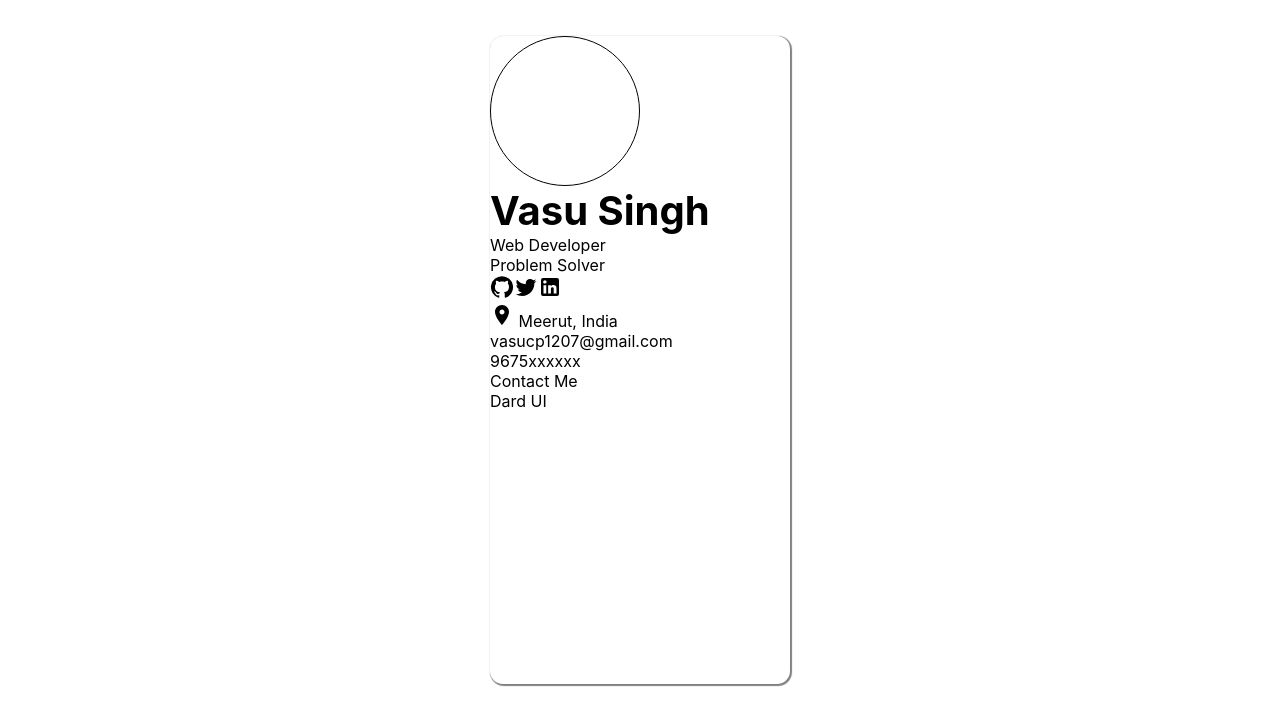
Repository: vasucp1207/grid-port
Page: /about
The author's editor kept a copy of each file at every save. The page is drawn from the files as they stood at one save, then again after a run of saves.
The browser window is 1280 px wide. The pictures show the whole page.
Some web fonts or font styles are not loaded; a fallback is used. The project was rebuilt for these pictures with package versions that can differ from the ones it lists, and the page was loaded fresh each time. Also part of the build but not shown: src/pages/Home.js, src/pages/Projects.js.

Above is the page before, as saved 2022-08-16 22:08:55.

### public/index.html
<!DOCTYPE html>
<html lang="en">
  <head>
    <meta charset="utf-8" />
    <link rel="icon" href="%PUBLIC_URL%/favicon.ico" />
    <meta name="viewport" content="width=device-width, initial-scale=1" />
    <meta name="theme-color" content="#000000" />
    <meta
      name="description"
      content="Web site created using create-react-app"
    />
    <link rel="apple-touch-icon" href="%PUBLIC_URL%/logo192.png" />
    <!--
      manifest.json provides metadata used when your web app is installed on a
      user's mobile device or desktop. See https://developers.google.com/web/fundamentals/web-app-manifest/
    -->
    <link rel="manifest" href="%PUBLIC_URL%/manifest.json" />
    <link rel="preconnect" href="https://fonts.googleapis.com">
<link rel="preconnect" href="https://fonts.gstatic.com" crossorigin>
<link href="https://fonts.googleapis.com/css2?family=Kantumruy+Pro:wght@200;300&family=Open+Sans:ital,wght@0,300;0,600;0,700;1,800&family=Poppins:wght@400;600&family=Raleway:wght@300&family=Roboto+Flex:opsz,wght@8..144,300;8..144,400;8..144,500&display=swap" rel="stylesheet">
    <!--
      Notice the use of %PUBLIC_URL% in the tags above.
      It will be replaced with the URL of the `public` folder during the build.
      Only files inside the `public` folder can be referenced from the HTML.

      Unlike "/favicon.ico" or "favicon.ico", "%PUBLIC_URL%/favicon.ico" will
      work correctly both with client-side routing and a non-root public URL.
      Learn how to configure a non-root public URL by running `npm run build`.
    -->
    <title>React App</title>
  </head>
  <body>
    <noscript>You need to enable JavaScript to run this app.</noscript>
    <div id="root"></div>
    <!--
      This HTML file is a template.
      If you open it directly in the browser, you will see an empty page.

      You can add webfonts, meta tags, or analytics to this file.
      The build step will place the bundled scripts into the <body> tag.

      To begin the development, run `npm start` or `yarn start`.
      To create a production bundle, use `npm run build` or `yarn build`.
    -->
  </body>
</html>

### src/App.js
import './App.css';
import { Link, Route, Routes } from 'react-router-dom';
import AboutMe from './pages/AboutMe';
import Home from './pages/Home';
import Projects from './pages/Projects';

function App() {
  return (
    <div>
      <Routes>
        <Route exact path="/" element={<Home />} />
        <Route exact path="/about" element={<AboutMe />} />
        <Route exact path="/projects" element={<Projects />} />
      </Routes>
    </div>
  );
}

export default App;

### src/App.css
:root {
  --d: 700ms;
  --e: cubic-bezier(0.19, 1, 0.22, 1);
  --font-sans: "Rubik", sans-serif;
  --font-serif: "Cardo", serif;
  font-family: Poppins;
}

* {
  box-sizing: border-box;
  padding: 0;
  margin: 0;
}

html, body {
  height: 100vh;
  width: 100vw;
}

body {
  display: grid;
  place-items: center;
}

.page-content {
  display: grid;
  width: 100vw;
  height: 100vh;
  margin: 0 auto;
}
@media (min-width: 600px) {
  .page-content {
    grid-template-columns: repeat(2, 1fr);
  }
}
@media (min-width: 800px) {
  .page-content {
    grid-template-columns: repeat(2, 1fr);
  }
}

.card {
  position: relative;
  display: flex;
  align-items: flex-end;
  overflow: hidden;
  padding: 1rem;
  width: 100%;
  text-align: center;
  color: whitesmoke;
  background-color: whitesmoke;
  box-shadow: 0 1px 1px rgba(0, 0, 0, 0.1), 0 2px 2px rgba(0, 0, 0, 0.1), 0 4px 4px rgba(0, 0, 0, 0.1), 0 8px 8px rgba(0, 0, 0, 0.1), 0 16px 16px rgba(0, 0, 0, 0.1);
}
@media (min-width: 600px) {
  .card {
    height: 100vh;
  }
}
.card:before {
  content: "";
  position: absolute;
  top: 0;
  left: 0;
  width: 100%;
  height: 110%;
  background-size: cover;
  background-position: 0 0;
  transition: transform calc(var(--d) * 1.5) var(--e);
  pointer-events: none;
}
.card:after {
  content: "";
  display: block;
  position: absolute;
  top: 0;
  left: 0;
  width: 100%;
  height: 200%;
  pointer-events: none;
  background-image: linear-gradient(to bottom, rgba(0, 0, 0, 0) 0%, rgba(0, 0, 0, 0.009) 11.7%, rgba(0, 0, 0, 0.034) 22.1%, rgba(0, 0, 0, 0.072) 31.2%, rgba(0, 0, 0, 0.123) 39.4%, rgba(0, 0, 0, 0.182) 46.6%, rgba(0, 0, 0, 0.249) 53.1%, rgba(0, 0, 0, 0.32) 58.9%, rgba(0, 0, 0, 0.394) 64.3%, rgba(0, 0, 0, 0.468) 69.3%, rgba(0, 0, 0, 0.54) 74.1%, rgba(0, 0, 0, 0.607) 78.8%, rgba(0, 0, 0, 0.668) 83.6%, rgba(0, 0, 0, 0.721) 88.7%, rgba(0, 0, 0, 0.762) 94.1%, rgba(0, 0, 0, 0.79) 100%);
  transform: translateY(-50%);
  transition: transform calc(var(--d) * 2) var(--e);
}
.card:nth-child(1):before {
  background-image: url(https://images.unsplash.com/photo-1493612276216-ee3925520721?ixlib=rb-1.2.1&ixid=MnwxMjA3fDB8MHxwaG90by1wYWdlfHx8fGVufDB8fHx8&auto=format&fit=crop&w=2864&q=80);
}
.card:nth-child(2):before {
  background-image: url(https://images.unsplash.com/photo-1492551557933-34265f7af79e?ixlib=rb-1.2.1&ixid=MnwxMjA3fDB8MHxwaG90by1wYWdlfHx8fGVufDB8fHx8&auto=format&fit=crop&w=1740&q=80);
}
.card:nth-child(3):before {
  background-image: url(https://images.unsplash.com/photo-1545243424-0ce743321e11?ixlib=rb-1.2.1&q=80&fm=jpg&crop=entropy&cs=tinysrgb&w=400&fit=max&ixid=eyJhcHBfaWQiOjE0NTg5fQ);
}
.card:nth-child(4):before {
  background-image: url(https://images.unsplash.com/photo-1531306728370-e2ebd9d7bb99?ixlib=rb-1.2.1&q=80&fm=jpg&crop=entropy&cs=tinysrgb&w=400&fit=max&ixid=eyJhcHBfaWQiOjE0NTg5fQ);
}

.content {
  position: relative;
  display: flex;
  flex-direction: column;
  align-items: center;
  width: 100%;
  padding: 1rem;
  transition: transform var(--d) var(--e);
  z-index: 1;
}
.content > * + * {
  margin-top: 1rem;
}

.title {
  font-size: 50px;
}

.copy {
  font-size: 30px;
}

.btn {
  cursor: pointer;
  margin-top: 1.5rem;
  padding: 0.75rem 1.5rem;
  font-size: 20px;
  letter-spacing: 0.025rem;
  text-transform: uppercase;
  color: white;
  background-color: black;
  border: none;
}
.btn:hover {
  background-color: white;
  color: black;
  transition: 0.3;
  border-radius: 7px;
}
.btn:focus {
  outline: 1px dashed yellow;
  outline-offset: 3px;
}

@media (hover: hover) and (min-width: 600px) {
  .card:after {
    transform: translateY(0);
  }

  .content {
    transform: translateY(calc(100% - 4.5rem));
  }
  .content > *:not(.title) {
    opacity: 0;
    transform: translateY(1rem);
    transition: transform var(--d) var(--e), opacity var(--d) var(--e);
  }

  .card:hover,
.card:focus-within {
    align-items: center;
  }
  .card:hover:before,
.card:focus-within:before {
    transform: translateY(-4%);
  }
  .card:hover:after,
.card:focus-within:after {
    transform: translateY(-50%);
  }
  .card:hover .content,
.card:focus-within .content {
    transform: translateY(0);
  }
  .card:hover .content > *:not(.title),
.card:focus-within .content > *:not(.title) {
    opacity: 1;
    transform: translateY(0);
    transition-delay: calc(var(--d) / 8);
  }

  .card:focus-within:before, .card:focus-within:after,
.card:focus-within .content,
.card:focus-within .content > *:not(.title) {
    transition-duration: 0s;
  }
}

### src/pages/AboutMe.js
import React from 'react'
import { motion } from 'framer-motion'
import styled, { StyledComponent } from 'styled-components'
import GitHubIcon from '@mui/icons-material/GitHub';
import TwitterIcon from '@mui/icons-material/Twitter';
import LinkedInIcon from '@mui/icons-material/LinkedIn';
import LocationOnIcon from '@mui/icons-material/LocationOn';

function AboutMe() {

    const pageVarients = {
        initial: {
            opacity: 0
        },
        in: {
            opacity: 1
        },
        out: {
            opacity: 0
        }
    }

    return (
        <Container>
            <motion.div
                initial='initial'
                animate='in'
                exit='out'
                variants={pageVarients}
                transition={{ duration: 1.2, type: 'spring' }}
            >

                <Comp>
                    <Left>
                        <div class='avatar'></div>
                        <h1 class='name'>Vasu Singh</h1>
                        <div class='sim-btn'>Web Developer</div>
                        <div class='sim-btn'>Problem Solver</div>
                        <div>
                            <GitHubIcon />
                            <TwitterIcon />
                            <LinkedInIcon />
                        </div>
                        <div class='address'>
                            <p><LocationOnIcon/> Meerut, India</p>
                            <p>vasucp1207@gmail.com</p>
                            <p>9675xxxxxx</p>
                        </div>
                        <div class='gb-btn'>Contact Me</div>
                        <div class='gb-btn'>Dard UI</div>
                    </Left>
                    <Right></Right>
                </Comp>

            </motion.div>
        </Container>
    )
}

export default AboutMe

const Container = styled.div`
    /* background-image: linear-gradient(to right bottom,#00f260,#0575e6); */
`

const Comp = styled.div`

`

const Left = styled.div`
    height: 90vh;
    width: 300px;
    box-shadow: 1px 1px 1px 1px gray;
    border-radius: 13px;

    .avatar{
        height: 150px;
        border: 1px solid black;
        width: 150px;
        border-radius: 50%;
    }

    .name{
        font-size: 40px;
    }
`

const Right = styled.div`

`

Loaded but not shown: src/index.js (common file); src/index.css (common file)

After the next 2 saves:
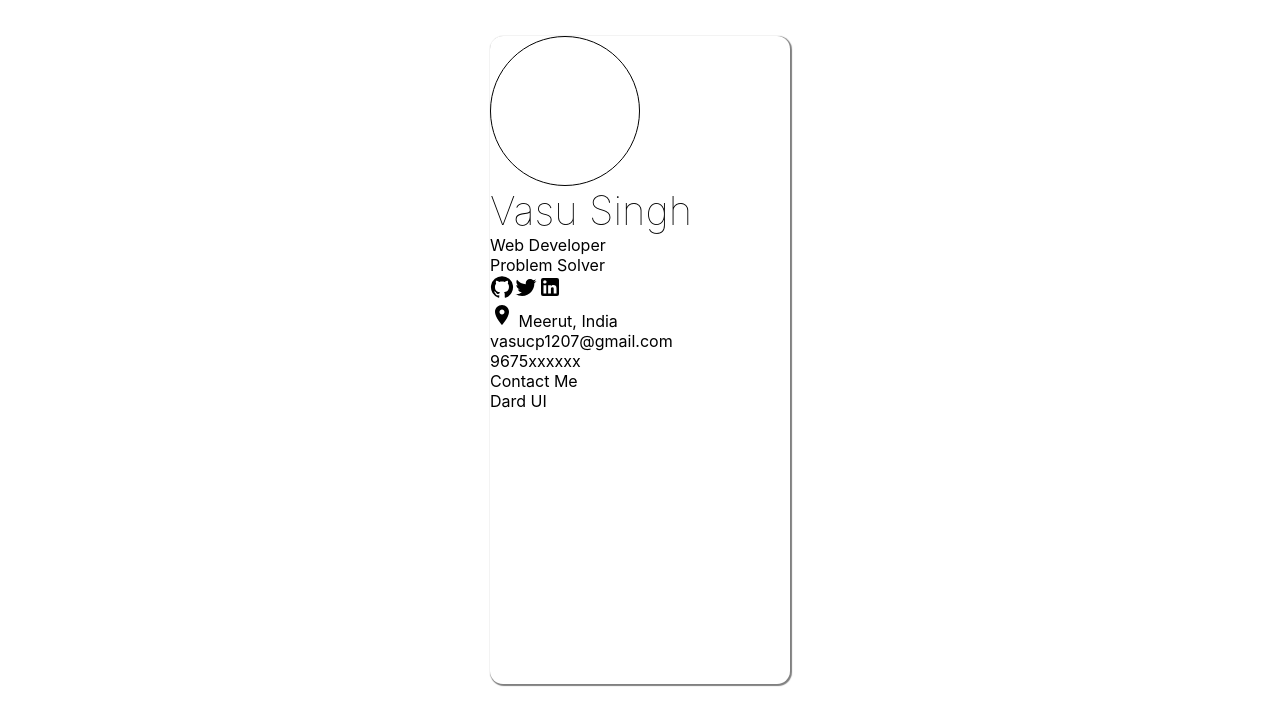
The 2 saves are shown as one change because they came seconds apart.
The last was saved 12 s later.
--- a/src/pages/AboutMe.js
+++ b/src/pages/AboutMe.js
@@ -82,6 +82,7 @@ const Left = styled.div`
 
     .name{
         font-size: 40px;
+        font-weight: lighter;
     }
 `
 
